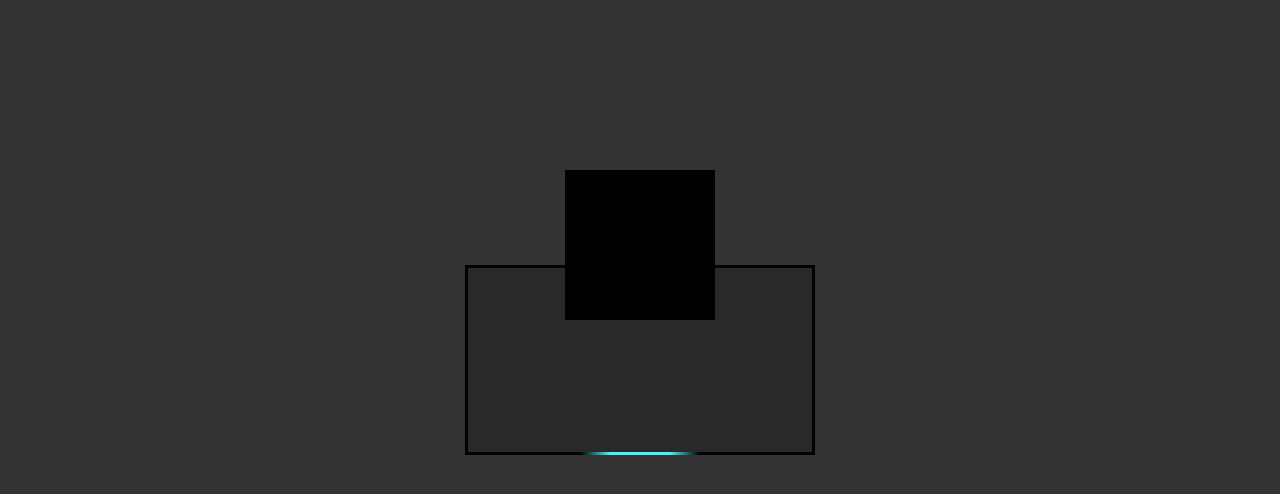
Repository: SeungYn/Javascript-study-toy
Page: profile-card/index.html
The author's editor kept a copy of each file at every save. The page is drawn from the files as they stood at one save, then again after the next save.
The browser window is 1280 px wide. The pictures show the whole page.

Above is the page before, as saved 2023-01-12 15:36:24.

After the next save:
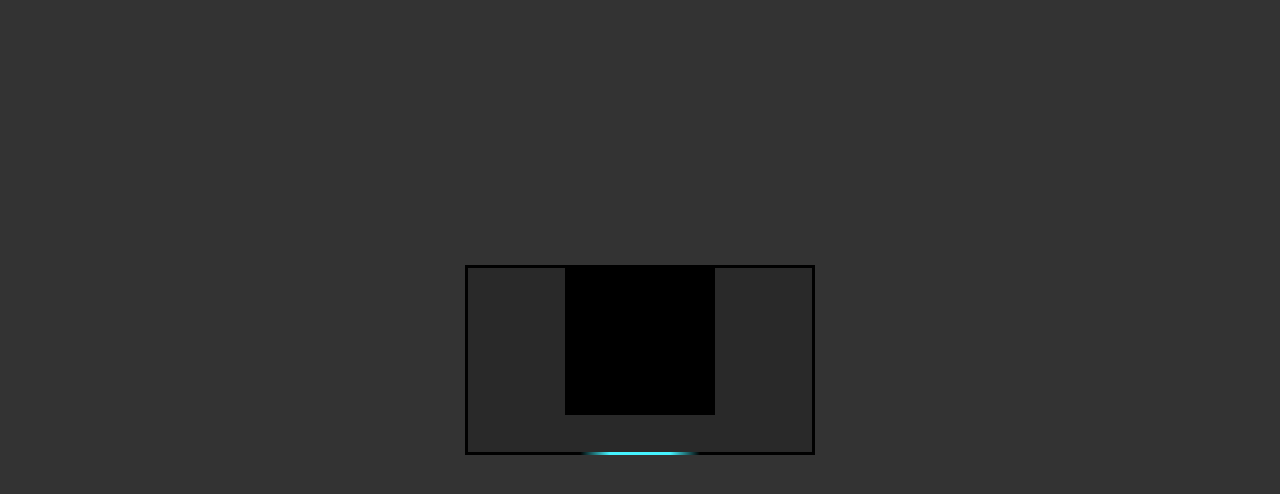
Saved 11 s later.
--- a/profile-card/style.css
+++ b/profile-card/style.css
@@ -72,7 +72,7 @@
 .card .imgBx {
   position: absolute;
   left: 50%;
-  top: -50%;
+
   transform: translateX(-50%);
   width: 150px;
   height: 150px;

After the save that followed:
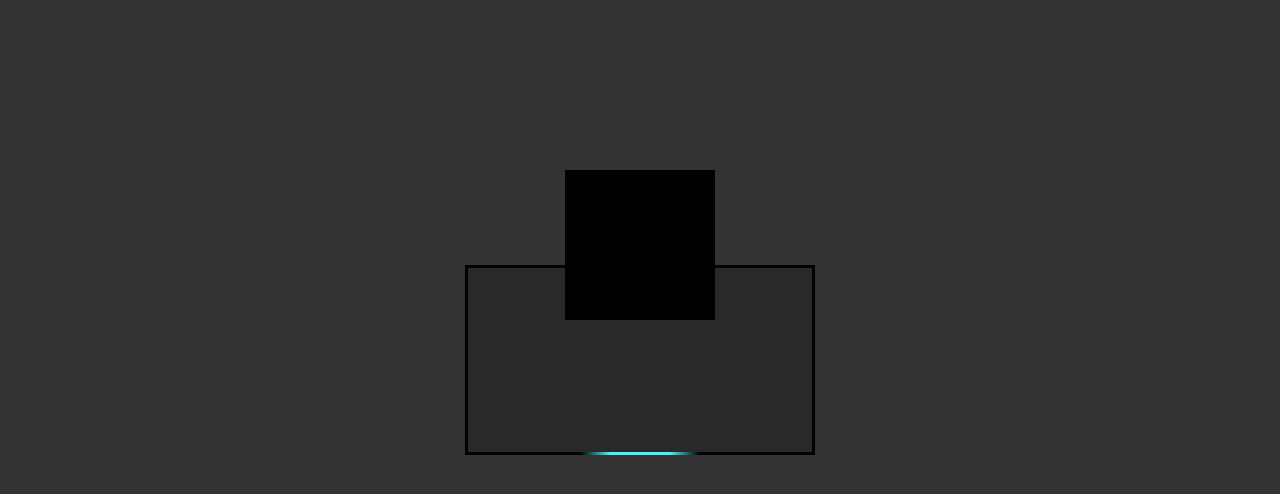
Saved 14 s later.
--- a/profile-card/style.css
+++ b/profile-card/style.css
@@ -72,7 +72,7 @@
 .card .imgBx {
   position: absolute;
   left: 50%;
-
+  top: -50%;
   transform: translateX(-50%);
   width: 150px;
   height: 150px;
